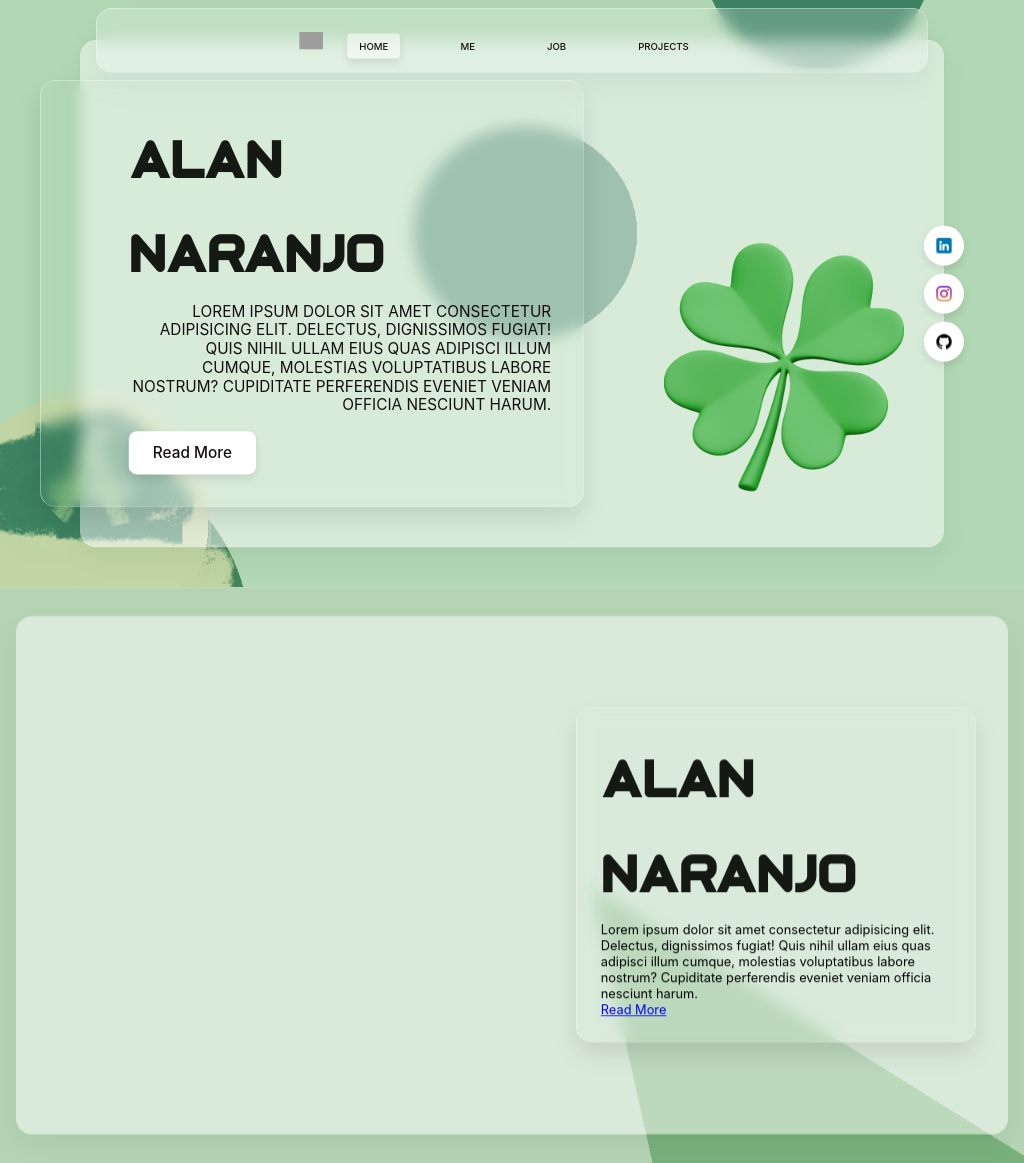
Repository: L-A-M-J-O/Me-sitio-Web
Page: / (app in my-project/)
These files come from the project's save history. The page is drawn as it stood at one moment and after the next save; the edit follows.
The browser window is 1280 px wide. The pictures show the whole page, at 80% of full size.
The pointer rests on the first visible `.content-me`.
Pictures or frames that could not be fetched are drawn as grey boxes. Backgrounds fixed to the window are drawn as part of the page. The project was rebuilt for these pictures with package versions that can differ from the ones it lists, and the page was loaded fresh each time.

Above is the page before, as saved 2022-09-20 16:12:38.

### my-project/src/App.jsx
import './App.css';
import Me from './components/Me/Me';

import Navbar from './components/Navbar/Navbar'


function App() {
  return (
    <>
      <Navbar/>
      <Me/>
    </>


  );
}

export default App;

### my-project/src/App.css
 * {
    margin: 0;
    padding: 0;
    box-sizing: border-box;
 }

### my-project/src/components/Me/Me.jsx
import React from 'react'

import '../Me/Me.css'

import {Link } from 'react-scroll'

function Me() {
  return (
    <div className='section-me' id='me'>
      <div className='container-m-me'>
        <div className='row justify-content-end'>
          <div className='col-12'>
            <div className='content-me'>
            <h2>Alan Naranjo</h2>
            <p>Lorem ipsum dolor sit amet consectetur adipisicing elit. Delectus, dignissimos fugiat! Quis nihil ullam eius quas adipisci illum cumque, molestias voluptatibus labore nostrum? Cupiditate perferendis eveniet veniam officia nesciunt harum.</p>
            <Link href='#'>Read More</Link>
          </div>
          </div>
        </div>
      </div>
    </div>
  )
}

export default Me

### my-project/src/components/Navbar/Navbar.jsx
import React from 'react'

import {Link} from 'react-scroll'

import logotipo from '../../assets/img/logotipo.png'
import icon from '../../assets/img/icon.png'
import instagram from '../../assets/img/instagram.png'
import linkedin from '../../assets/img/linkedin.png'
import github from '../../assets/img/github.png'

import '../Navbar/Navbar.css'


function Navbar() {
  return (
    <section id='nav'>
      <div className='container-m'>
        <header>
          <Link to='nav' className='logo'><img src={ icon} alt='icon' width={30}/></Link>
          <ul>
            <li><Link to='nav' className='active'>Home</Link></li>
            <li><Link to='me' href='#' className=''>Me</Link></li>
            <li><Link href='#' className=''>Job</Link></li>
            <li><Link href='#' className=''>Projects</Link></li>
          </ul>
        </header>
        <div className='content'>
          <h2>Alan Naranjo</h2>
          <p>Lorem ipsum dolor sit amet consectetur adipisicing elit. Delectus, dignissimos fugiat! Quis nihil ullam eius quas adipisci illum cumque, molestias voluptatibus labore nostrum? Cupiditate perferendis eveniet veniam officia nesciunt harum.</p>
          <Link href='#'>Read More</Link>
        </div>
        <div className='img-icon'>
          <img src={ logotipo } alt='logotipo'/>
        </div>
        <ul className='sci'>
          <li><Link href='#'><img src={linkedin} alt='linkedin'/></Link></li>
          <li><Link href='#'><img src={instagram} alt='instagram'/></Link></li>
          <li><Link href='#'><img src={github} alt='github'/></Link></li>
        </ul>
      </div>
    </section>
  )
}

export default Navbar

### my-project/src/components/Me/Me.css
.section-me {
    display: flex;
    justify-content: center;
    align-items: center;
    min-height: 100vh;
    background-image: url(../../assets/img/banner1.png);
    background-position: center;
    background-attachment: fixed;
    padding: 20px;
}
.container-m-me {
    position: relative;
    width: 100%;
    height: 90vh;
    background-color: rgba(255, 255, 255, 0.5);
    box-shadow:  0 15px 35px rgba(0, 0, 0, 0.05);
    border-radius: 20px;
    display: flex;
    justify-content: space-between;
    align-items: center;
    padding: 50px;
}

.content-me {
    transform: translateX(350px);
    max-width: 700px;
    box-shadow:  0 15px 30px rgba(0, 0, 0, 0.1);
    border-radius: 20px;
    backdrop-filter: blur(10px);
    border: 1px solid rgba(255, 255, 255, 0.25);
    border-top: 1px solid rgba(255, 255, 255, 0.5);
    border-left: 1px solid rgba(255, 255, 255, 0.5);
    padding: 30px;
    transition: 0.5s;
    cursor: pointer;
}
.content-me:hover{
    transform: translateX(650px);
    max-width: 500px;
}
.content-me h2 {
    font-family: Osiris;
    font-size: 4rem;
    line-height: 1.85;
    text-transform: lowercase;
    margin: 0;
    color: #141914;
}
.content p {
    text-align: end;
    border: var(--default-border-width) solid var(--default-border-color);
    border-radius: var(--default-border-radius);
    text-transform: uppercase;
    font-weight: 400;
    font-size: max(12px,.9375vw);
    line-height: 1.2222222222;
    transition: background-color .15s ease-in-out;
    -webkit-appearance: none;
    appearance: none;
    font-size: 1.2em;
    color: #140f10;
}
.content a {
    display: inline-block;
    padding: 15px 30px;
    background: #fff;
    color: #140f10;
    margin-top: 20px;
    border-radius: 10px;
    font-size: 1.2em;
    font-weight: 500;
    text-decoration: none;
    box-shadow:  0 5px 10px rgba(0, 0, 0, 0.1);
}

### my-project/src/components/Navbar/Navbar.css
@font-face {
    font-family: Osiris;
    src: url(../../assets//img/Osiris.otf);
}

section {
    display: flex;
    justify-content: center;
    align-items: center;
    min-height: 100vh;
    background-image: url(../../assets/img/banner.png);
    background-position: center;
    background-attachment: fixed;
    padding: 50px;
}
.container-m{
    position: relative;
    width: calc(100% - 100px);
    height: 88vh;
    background-color: rgba(255, 255, 255, 0.5);
    box-shadow:  0 15px 35px rgba(0, 0, 0, 0.05);
    border-radius: 20px;
    display: flex;
    justify-content: space-between;
    align-items: center;
    padding: 50px;
}
header {
    position: absolute;
    top: -40px;
    right: 20px;
    left: 20px;
    padding: 20px 50px;
    display: flex;
    justify-content: center;
    align-items: baseline;
    background: rgba(255, 255, 255, 0.2);
    box-shadow:  0 15px 35px rgba(0, 0, 0, 0.05);
    border-radius: 20px;
    backdrop-filter: blur(10px);
    border: 1px solid rgba(255, 255, 255, 0.25);
    border-top: 1px solid rgba(255, 255, 255, 0.5);
    border-left: 1px solid rgba(255, 255, 255, 0.5);
}

header .logo {
    color: #140f10;
    font-weight: 700;
    text-decoration: none;
    font-size: 2rem;
}
header ul {
    display: flex;
}
header ul li {
    list-style: none;
    margin:  0 30px;
}
header ul li a {
    border: var(--default-border-width) solid var(--default-border-color);
    border-radius: var(--default-border-radius);
    text-transform: uppercase;
    font-weight: 500;
    font-size: max(12px,.9375vw);
    padding: 0 1.3333em;
    height: 2.5555em;
    line-height: 1.2222222222;
    transition: background-color .15s ease-in-out;
    -webkit-appearance: none;
    appearance: none;
    text-decoration: none;
    color: #140f10;
    padding: 8px 15px;
    border-radius: 25px;
    cursor: pointer;
}
header ul li a:hover,
header ul li a.active {
    border-radius: 5px;
    background-color: #ffffff81;
    color: #140f10;
    box-shadow: 0 5px 10px rgba(0, 0, 0, 0.1);
}

.content {
    transform: translateX(-100px);
    max-width: 700px;
    box-shadow:  0 15px 30px rgba(0, 0, 0, 0.1);
    border-radius: 20px;
    backdrop-filter: blur(10px);
    border: 1px solid rgba(255, 255, 255, 0.25);
    border-top: 1px solid rgba(255, 255, 255, 0.5);
    border-left: 1px solid rgba(255, 255, 255, 0.5);
    padding: 40px;
    padding-left: 110px;
}
.content h2 {
    font-family: Osiris;
    font-size: 4rem;
    line-height: 1.85;
    text-transform: lowercase;
    margin: 0;
    color: #141914;
}
.content p {
    text-align: end;
    border: var(--default-border-width) solid var(--default-border-color);
    border-radius: var(--default-border-radius);
    text-transform: uppercase;
    font-weight: 400;
    font-size: max(12px,.9375vw);
    line-height: 1.2222222222;
    transition: background-color .15s ease-in-out;
    -webkit-appearance: none;
    appearance: none;
    font-size: 1.2em;
    color: #140f10;
}
.content a {
    display: inline-block;
    padding: 15px 30px;
    background: #fff;
    color: #140f10;
    margin-top: 20px;
    border-radius: 10px;
    font-size: 1.2em;
    font-weight: 500;
    text-decoration: none;
    box-shadow:  0 5px 10px rgba(0, 0, 0, 0.1);
}
.img-icon img {
    max-width: 400px;
    animation: animate 5s linear infinite;
}
@keyframes animate {
    0%,100%{
        transform: translateY(50px);
    }
    50% {
        transform: translateY(100px);
    }
}
.sci {
    position: absolute;
    right: -25px;
    display: flex;
    justify-content: center;
    align-items: center;
    flex-direction: column;
}
.sci li {
    list-style: none;
}
.sci li a {
    text-decoration: none;
    width: 50px;
    height: 50px;
    background: #fff;
    display: flex;
    justify-content: center;
    align-items: center;
    border-radius: 50%;
    margin: 5px 0;
    box-shadow: 0 5px 10px rgba(0, 0, 0, 0.1);
}
.sci li a img {
    transform: scale(0.6);
    transition: 0.5s;
}
sci li:hover a img {
    transform: scale(0.6) rotate(360deg);
}

Loaded but not shown: my-project/src/index.js (common file); my-project/src/index.css (common file); my-project/src/reportWebVitals.js (common file)

After the next save:
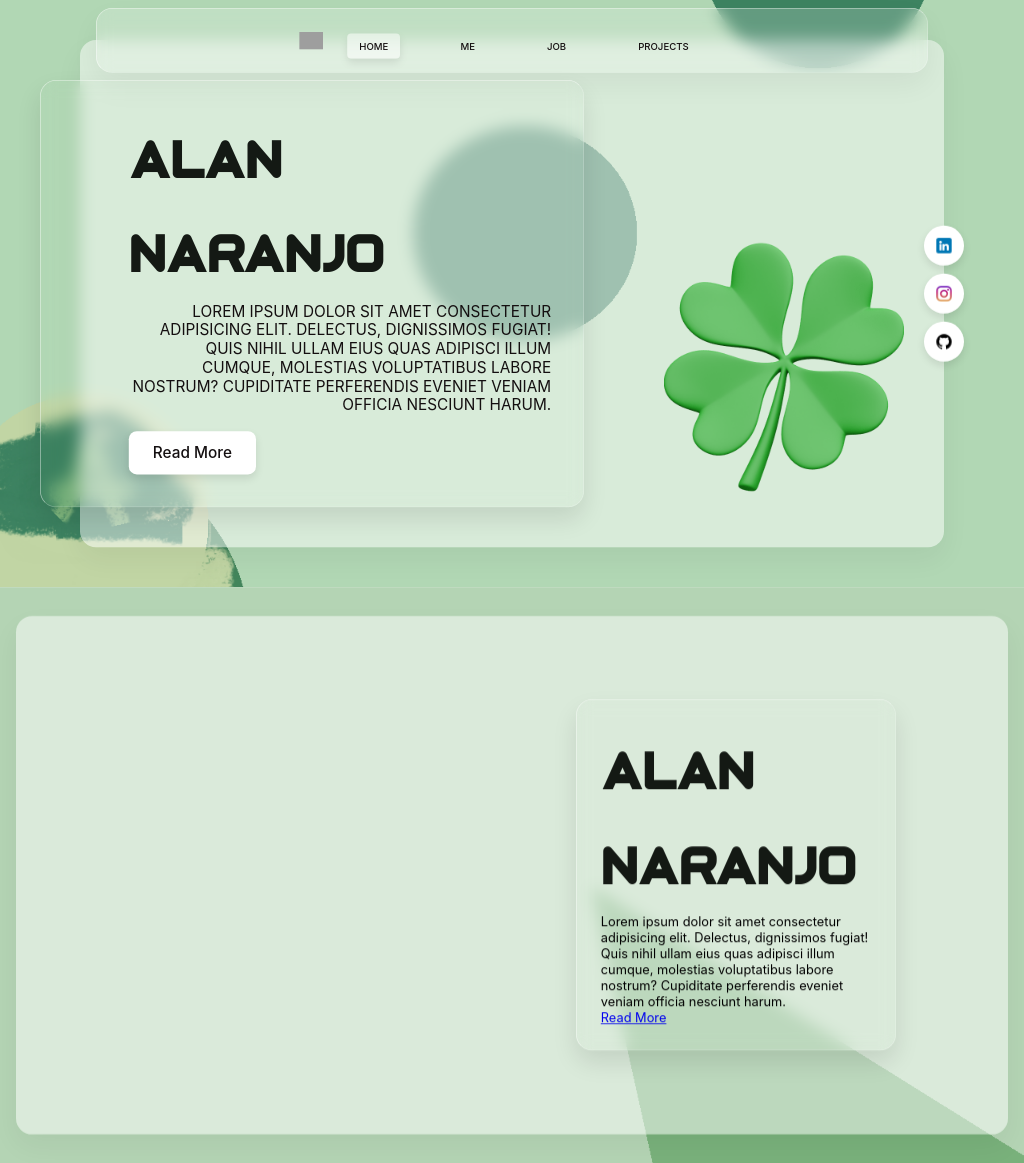
Saved 4 s later.
--- a/my-project/src/components/Me/Me.css
+++ b/my-project/src/components/Me/Me.css
@@ -36,7 +36,7 @@
 }
 .content-me:hover{
     transform: translateX(650px);
-    max-width: 500px;
+    max-width: 400px;
 }
 .content-me h2 {
     font-family: Osiris;
